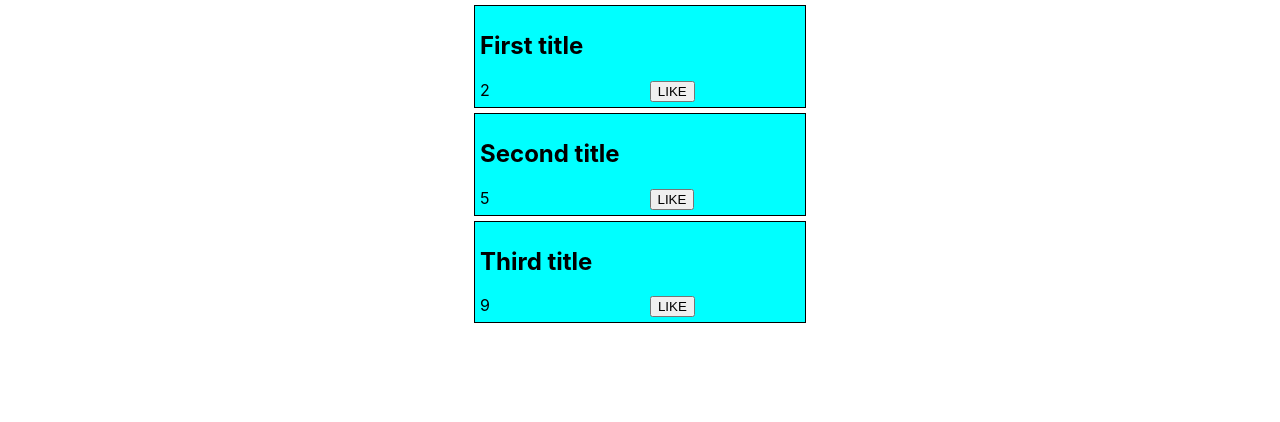
Repository: asapvtec98/egzamin
Page: /
The author's editor kept a copy of each file at every save. The page is drawn from the files as they stood at one save, then again after the next save.
The browser window is 1280 px wide. The pictures show the whole page.
The project was rebuilt for these pictures with package versions that can differ from the ones it lists, and the page was loaded fresh each time.

Above is the page before, as saved 2023-11-14 12:32:26.

### src/App.js
import React from "react";
import Komentarz from "./components/Comment";
function App() {
  const comments = [
    {
      title: "First title",
      likes: 2
    },
    {
      title: "Second title",
      likes: 5
    },
    {
      title: "Third title",
      likes: 9
    }
  ]

  const displayComments = comments.map((comment) =>
      <div className="Comment">
        <Komentarz title={comment.title} likes={comment.likes}></Komentarz>
      </div>
  )

  return (
      <div className="App">
        {displayComments}
      </div>
  )
}

export default App;

### src/components/Comment.js
import React, { useState } from "react";
import "./Comment.css";

function Komentarz(props) {
    const [likes, setLike] = useState(false);
    const [count, setCount] = useState(parseInt(props.likes));
    const [show, setShow] = useState(true);

    const handleLikes = () => {
        if(!likes) {
            setLike(true);
            setCount(count + 1);
        } else {
            setLike(false);
            setCount(count - 1);
        }


    };

    return(
        <div className="comment">
            <h2>{props.title}</h2>
            <div>
                    <p className="inline" >{count}</p>
                    <button type="button" onClick={() => {
                        setShow(!show)
                        handleLikes();
                    }}>{show === true ? 'LIKE' : 'DISLIKE'}</button>
            </div>
        </div>
    )

}
export default Komentarz;

### src/components/Comment.css
.comment {
    border: 1px solid black;
    background-color:aqua;
    margin: auto;
    margin-top: 5px;
    margin-bottom: 5px;
    width: 25%;
    padding: 5px;

}


.inline {
    display: inline;
}

button {
    margin-left: 50%;
}

Loaded but not shown: public/index.html (common file); src/index.js (common file); src/index.css (common file); src/reportWebVitals.js (common file)

After the next save:
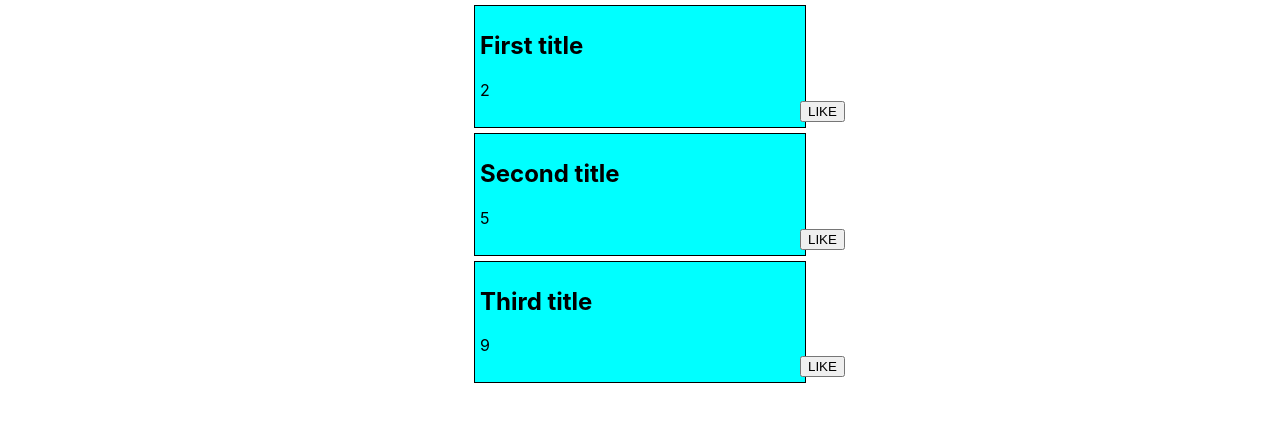
Saved 8 s later.
--- a/src/components/Comment.css
+++ b/src/components/Comment.css
@@ -15,5 +15,5 @@
 }
 
 button {
-    margin-left: 50%;
+    margin-left: 100%;
 }
